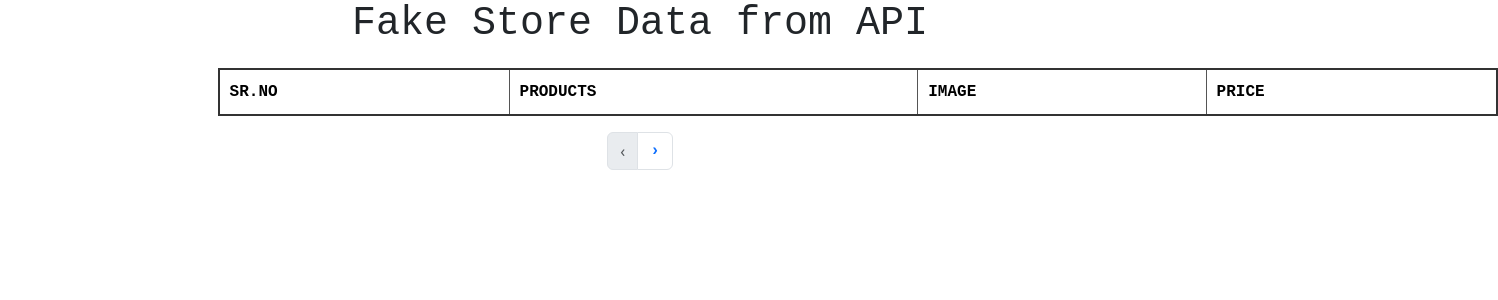
Repository: nisarg-patel612/Node_Integration_With_Frontend
Page: / (app in Frontend/FakeStore-API/)
An editor plug-in stored every save of this project. The page is shown before and after the next save, followed by the edit.
The browser window is 1280 px wide. The page is 1498 px wide, then 1280 px, then 1498 px, so the pictures cover 1498 px, including what lies to the right of the window. The pictures show the whole page.
The page's requests for data from a server got no answer. The project was rebuilt for these pictures with package versions that can differ from the ones it lists, and the page was loaded fresh each time. No one was signed in, and anything a server would have sent is missing. Also part of the build but not shown: Frontend/FakeStore-API/vite.config.js, Frontend/FakeStore-API/src/index.css.

Above is the page before, as saved 2025-04-30 11:21:26.

### Frontend/FakeStore-API/src/App.jsx
import React from "react"
import './App.css'
import FakeStoreAPi from "./Components/Fake_Store_API"
import 'bootstrap/dist/css/bootstrap.min.css';


function App() {

  return (

    // Fake Store API
    <FakeStoreAPi />

  )
}

export default App

### Frontend/FakeStore-API/src/App.css
/* #root {
  max-width: 1280px;
  margin: 0 auto;
  padding: 2rem;
  text-align: center;
}

.logo {
  height: 6em;
  padding: 1.5em;
  will-change: filter;
  transition: filter 300ms;
}
.logo:hover {
  filter: drop-shadow(0 0 2em #646cffaa);
}
.logo.react:hover {
  filter: drop-shadow(0 0 2em #61dafbaa);
}

@keyframes logo-spin {
  from {
    transform: rotate(0deg);
  }
  to {
    transform: rotate(360deg);
  }
}

@media (prefers-reduced-motion: no-preference) {
  a:nth-of-type(2) .logo {
    animation: logo-spin infinite 20s linear;
  }
}

.card {
  padding: 2em;
}

.read-the-docs {
  color: #888;
} */


/* Fake_Store_API.jsx css code */
table {
  text-align: center;
  margin-left: 17%;
}
tr {
  color: black;
  font-size: large;
  font-weight: 600;
  font-family: monospace;
  text-transform: uppercase;
}
a {
  color: black;
  font-size: large;
  font-weight: 600;
  font-family: monospace;
  text-transform: uppercase;
}
td {
  font-size: large;
  font-family: math;
  font-weight: 600;
  font-family: monospace;
}
h1 {
  font-size: xx-large;
  font-family: math;
  font-weight: 600;
  font-family: monospace;
}
button.btn.btn-click {
  margin: 7px -214px 0 17%;
  background: grey;
  padding: 1%;
  width: 12%;
  font-family: monospace;
  font-weight: 700;
  font-size: x-large;
  color: azure;
}
.table-bordered-custom {
  width: 100%;
  border-collapse: collapse;
  margin-top: 20px;
  border: 2px solid #333;
}

.table-bordered-custom th,
.table-bordered-custom td {
  border: 1px solid #555;
  text-align: left;
}

### Frontend/FakeStore-API/src/Components/Fake_Store_API.jsx
import React, { useState, useEffect } from 'react';
import axios from 'axios';
import { Pagination } from 'react-bootstrap';

const FakeStoreAPi = () => {
    const [products, setProducts] = useState([]);
    const [currentPage, setCurrentPage] = useState(1);
    const itemsPerPage = 5;

    useEffect(() => {
        axios.get('http://localhost:5000/products')
            .then(response => setProducts(response.data))
            .catch(error => console.error('Error fetching data:', error));
    }, []);

    const indexOfLastItem = currentPage * itemsPerPage;
    const indexOfFirstItem = indexOfLastItem - itemsPerPage;
    const currentItems = products.slice(indexOfFirstItem, indexOfLastItem);

    const totalPages = Math.ceil(products.length / itemsPerPage);

    return (
        <div className='fakestore-api-main'>
            <h1 style={{ textAlign: 'center' }}>Fake Store Data from API</h1>
            <table className="table-bordered-custom" cellPadding="10px" cellSpacing="2px">

                <thead>
                    <tr>
                        <th>Sr.No</th>
                        <th>Products</th>
                        <th>Image</th>
                        <th>Price</th>
                    </tr>
                </thead>
                <tbody>
                    {currentItems.map((product, index) => (
                        <tr key={product.id}>
                            <td>{index + 1 + (currentPage - 1) * itemsPerPage}</td>
                            <td><a href={`/product/${product.id}`}>{product.title}</a></td>
                            <td><img src={product.image} alt={product.title} width="50" /></td>
                            <td>${product.price}</td>
                        </tr>
                    ))}
                </tbody>
            </table>

            <div className='d-flex justify-content-center mt-3'>
                <Pagination>
                    <Pagination.Prev
                        onClick={() => setCurrentPage(prev => prev - 1)}
                        disabled={currentPage === 1}
                    />
                    {[...Array(totalPages)].map((_, index) => (
                        <Pagination.Item
                            key={index + 1}
                            active={index + 1 === currentPage}
                            onClick={() => setCurrentPage(index + 1)}
                        >
                            {index + 1}
                        </Pagination.Item>
                    ))}
                    <Pagination.Next
                        onClick={() => setCurrentPage(prev => prev + 1)}
                        disabled={currentPage === totalPages}
                    />
                </Pagination>
            </div>
        </div>
    );
};

export default FakeStoreAPi;

Loaded but not shown: Frontend/FakeStore-API/index.html (common file); Frontend/FakeStore-API/src/main.jsx (common file)

After the next save:
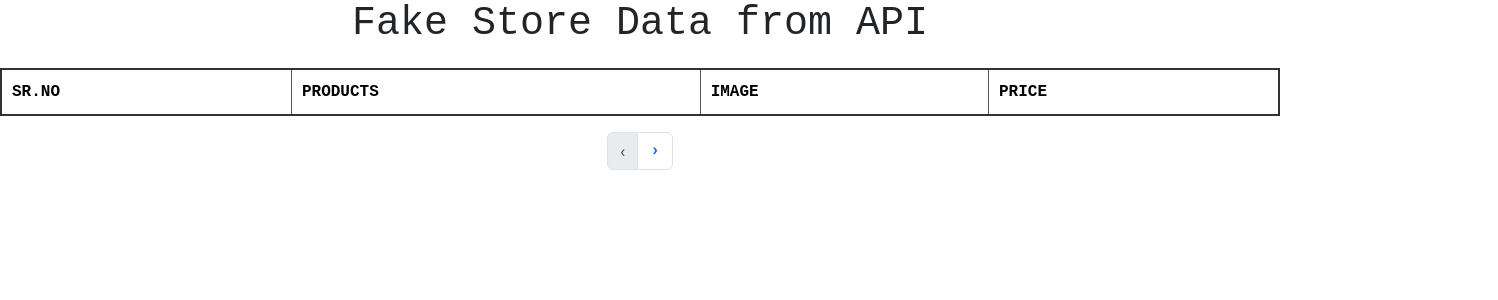
Saved 9 s later.
--- a/Frontend/FakeStore-API/src/App.css
+++ b/Frontend/FakeStore-API/src/App.css
@@ -45,7 +45,7 @@
 /* Fake_Store_API.jsx css code */
 table {
   text-align: center;
-  margin-left: 17%;
+  /* margin-left: 17%; */
 }
 tr {
   color: black;

After the save that followed:
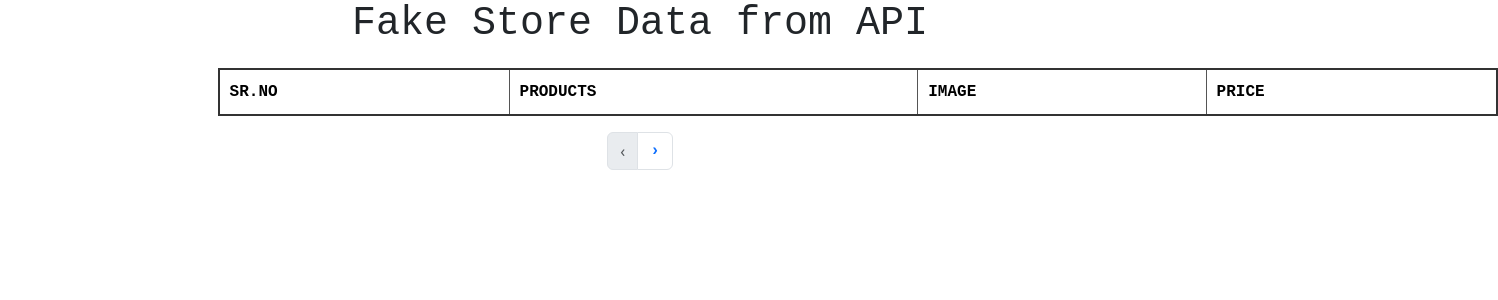
Saved 4 s later.
--- a/Frontend/FakeStore-API/src/App.css
+++ b/Frontend/FakeStore-API/src/App.css
@@ -45,7 +45,7 @@
 /* Fake_Store_API.jsx css code */
 table {
   text-align: center;
-  /* margin-left: 17%; */
+  margin-left: 17%;
 }
 tr {
   color: black;
